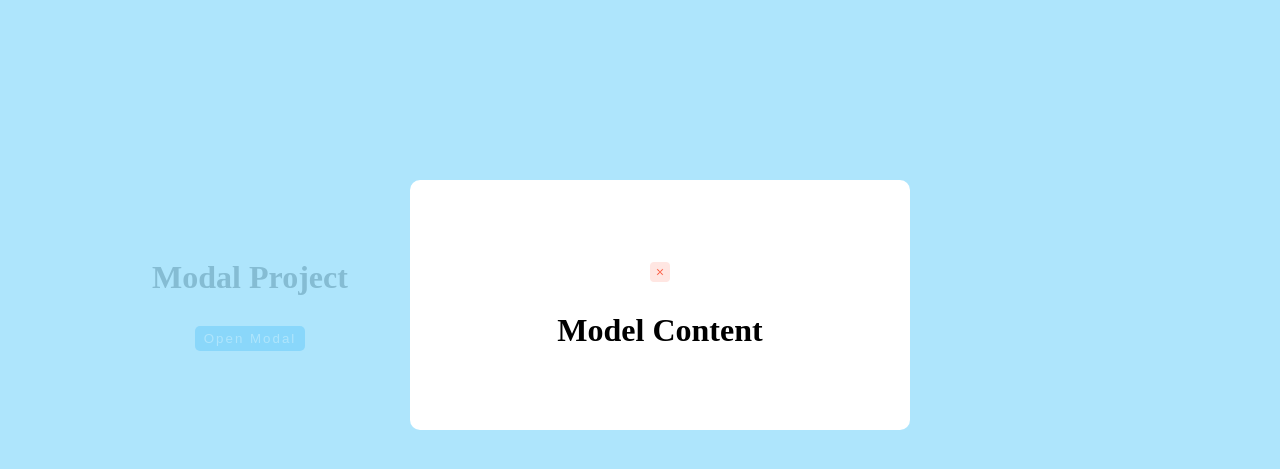
Repository: Trapti10/20-js-practice-projects-in-7-days-challenge
Page: Project_4_Modal_Project/index.html
An editor plug-in stored every save of this project. The page is shown before and after the next save, followed by the edit.
The browser window is 1280 px wide. The pictures show the whole page.

Above is the page before, as saved 2025-11-24 13:49:51.

After the next save:
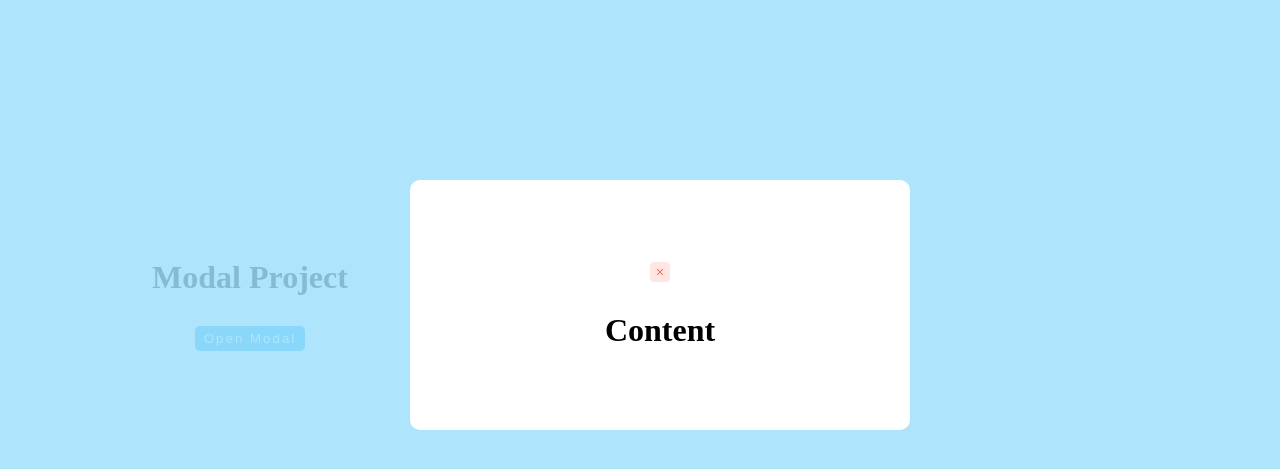
Saved 10 s later.
--- a/Project_4_Modal_Project/index.html
+++ b/Project_4_Modal_Project/index.html
@@ -23,7 +23,7 @@
         <div class="madal-container">
             <img src="assests/close.png" alt="">
             <div class="modalContent">
-                <h1>Model Content</h1>
+                <h1> Content</h1>
             </div>
         </div>
        </div>
